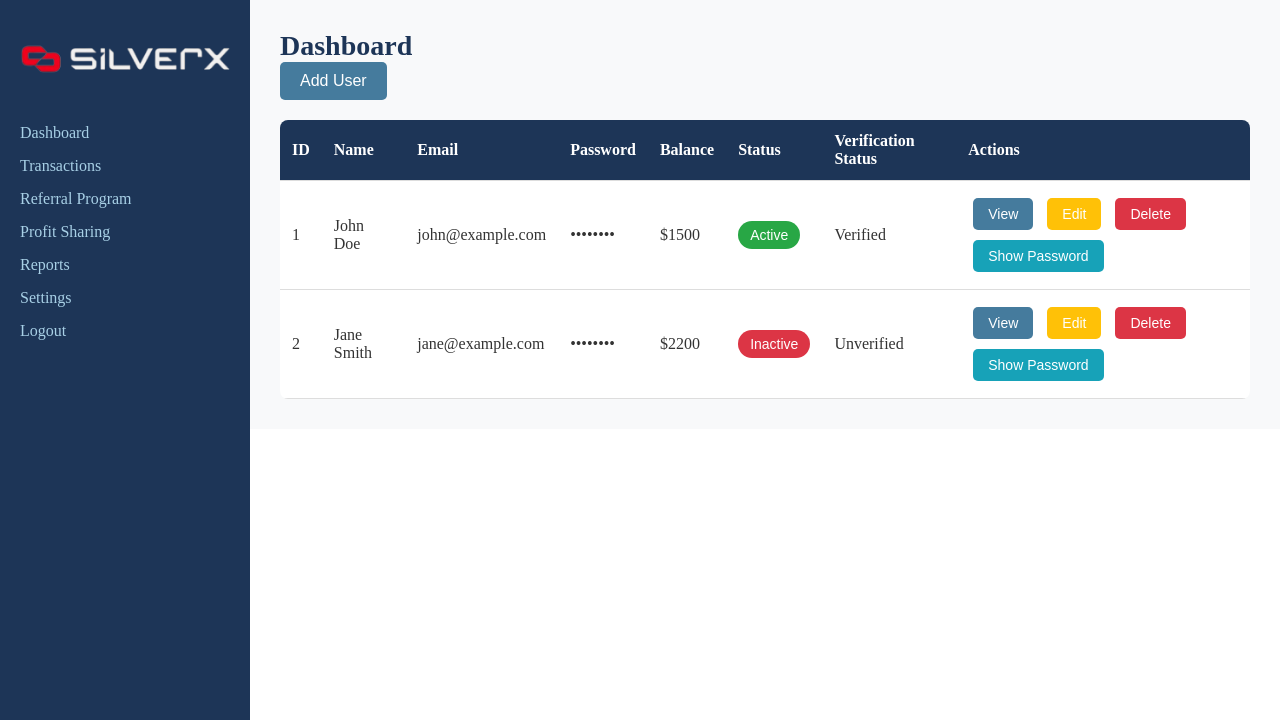
Repository: 2025silverx/slivedrX
Page: index.html
The author's editor kept a copy of each file at every save. The page is drawn from the files as they stood at one save, then again after the next save.
The browser window is 1280 px wide. The pictures show the whole page.

Above is the page before, as saved 2025-01-19 13:42:40.

After the next save:
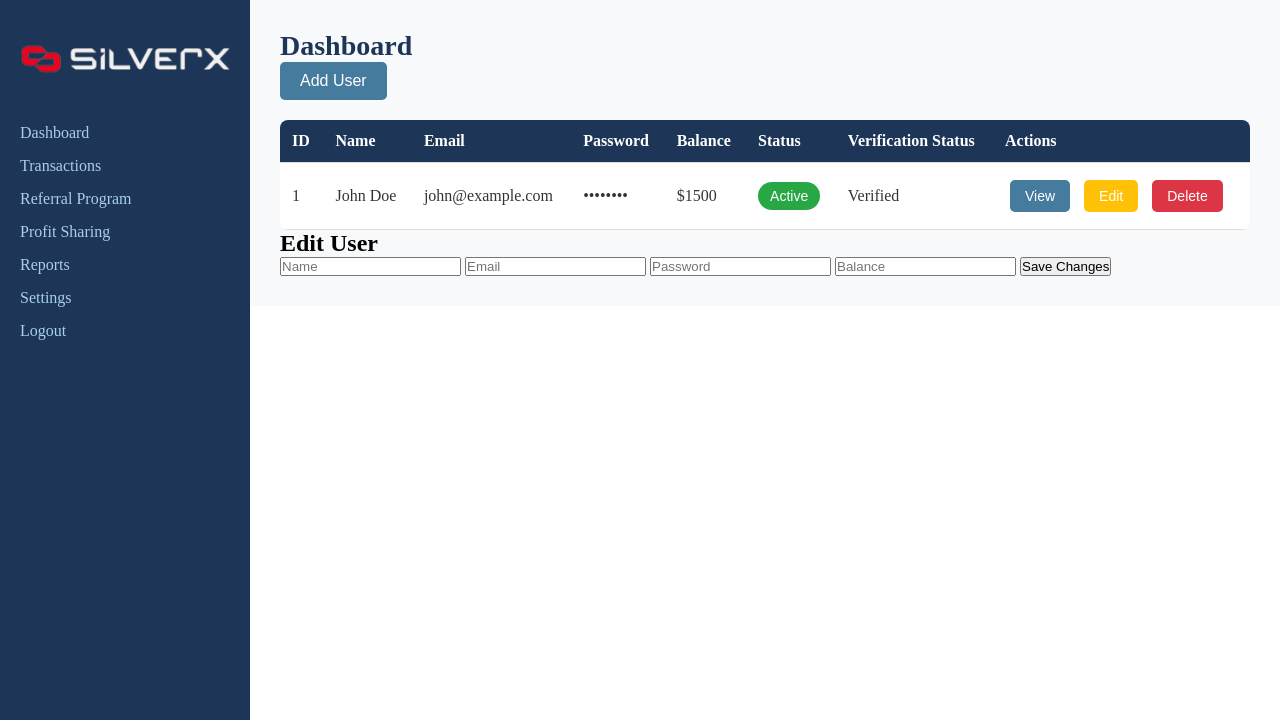
Saved 86 s later.
--- a/index.html
+++ b/index.html
@@ -51,49 +51,43 @@
                         <button class="action-btn view" onclick="viewUser(1)">View</button>
                         <button class="action-btn edit" onclick="editUser(1)">Edit</button>
                         <button class="action-btn delete" onclick="deleteUser(1)">Delete</button>
-                        <button class="action-btn show-password" onclick="showPassword(this, 'password1')">Show Password</button>
-                    </td>
-                </tr>
-                <tr>
-                    <td>2</td>
-                    <td>Jane Smith</td>
-                    <td>jane@example.com</td>
-                    <td>••••••••</td>
-                    <td>$2200</td>
-                    <td><button class="status-btn inactive" onclick="toggleStatus(this)">Inactive</button></td>
-                    <td>Unverified</td>
-                    <td>
-                        <button class="action-btn view" onclick="viewUser(2)">View</button>
-                        <button class="action-btn edit" onclick="editUser(2)">Edit</button>
-                        <button class="action-btn delete" onclick="deleteUser(2)">Delete</button>
-                        <button class="action-btn show-password" onclick="showPassword(this, 'password2')">Show Password</button>
                     </td>
                 </tr>
             </tbody>
         </table>
+
+        <!-- Edit User Form -->
+        <div id="edit-form-container" class="edit-form">
+            <h2>Edit User</h2>
+            <form id="edit-form">
+                <input type="text" id="edit-name" placeholder="Name" required>
+                <input type="email" id="edit-email" placeholder="Email" required>
+                <input type="text" id="edit-password" placeholder="Password" required>
+                <input type="number" id="edit-balance" placeholder="Balance" required>
+                <button type="submit">Save Changes</button>
+            </form>
+        </div>
     </div>
-
-
-
 
     <script>
         function addUser() {
-            document.getElementById('add-form-container').style.display = 'block';
-        }
-
-        function viewUser(id) {
-            alert(`Viewing details for User ID: ${id}`);
+            alert('Add User button clicked.');
         }
 
         function editUser(id) {
-            alert(`Editing details for User ID: ${id}`);
-        }
+            const name = document.getElementById('edit-name');
+            const email = document.getElementById('edit-email');
+            const password = document.getElementById('edit-password');
+            const balance = document.getElementById('edit-balance');
 
-        function deleteUser(id) {
-            const confirmDelete = confirm(`Are you sure you want to delete User ID: ${id}?`);
-            if (confirmDelete) {
-                alert(`User ID: ${id} deleted.`);
-            }
+            // Mock data for simplicity
+            name.value = `User ${id}`;
+            email.value = `user${id}@example.com`;
+            password.value = 'examplePassword'; // Display the actual password
+            balance.value = 1500;
+
+            // Show the form
+            document.getElementById('edit-form-container').style.display = 'block';
         }
 
         function toggleStatus(button) {
@@ -108,16 +102,11 @@
             }
         }
 
-        function showPassword(button, passwordId) {
-            const passwordCell = button.closest('tr').querySelector('td:nth-child(4)');
-            if (button.textContent === 'Show Password') {
-                passwordCell.textContent = 'examplePassword';
-                button.textContent = 'Hide Password';
-            } else {
-                passwordCell.textContent = '••••••••';
-                button.textContent = 'Show Password';
-            }
-        }
+        document.getElementById('edit-form').addEventListener('submit', function (event) {
+            event.preventDefault();
+            alert('Changes saved!');
+            document.getElementById('edit-form-container').style.display = 'none';
+        });
     </script>
 </body>
 </html>
